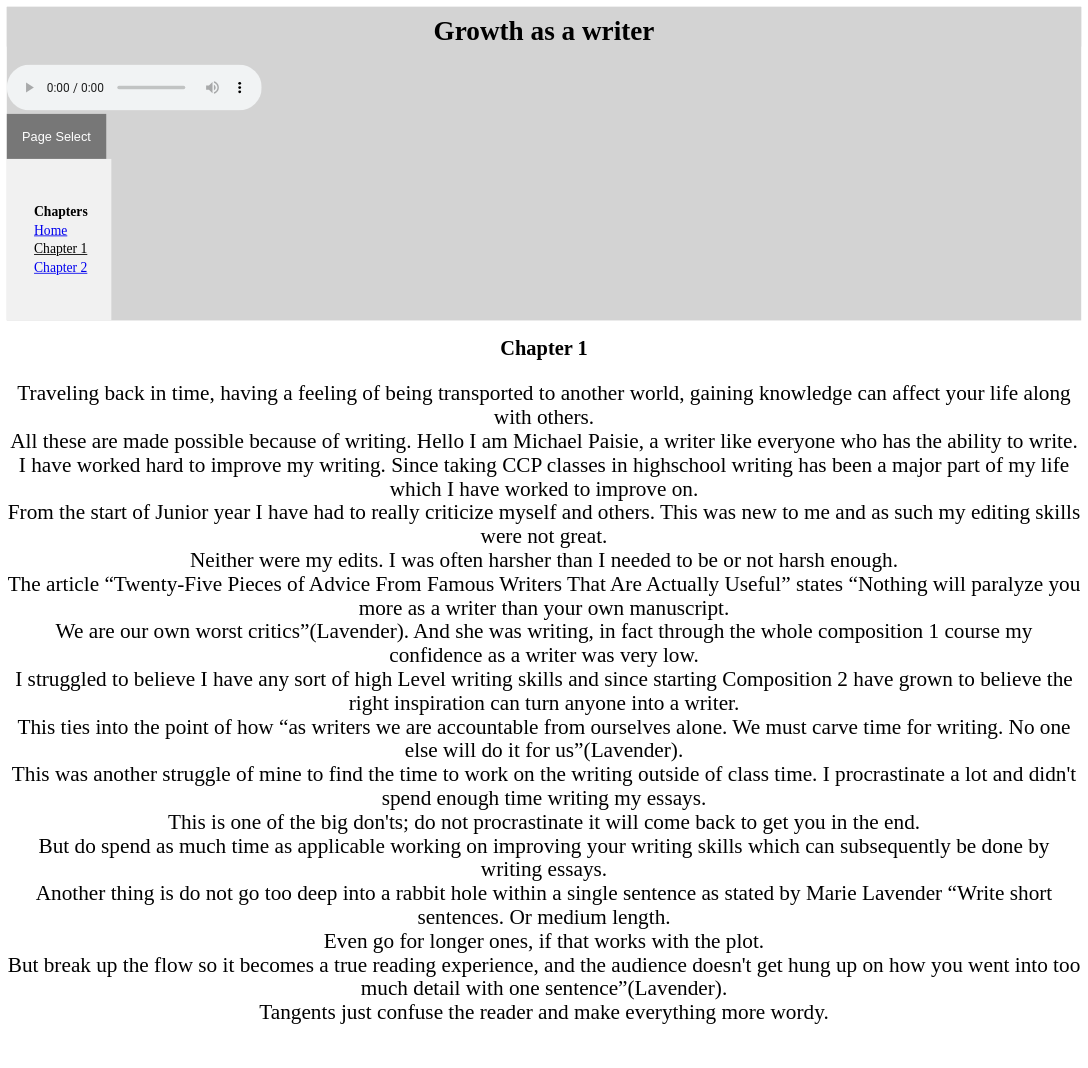
Repository: jpaisiem/WP-4
Page: Chapter1.html
These files come from the project's save history. The page is drawn as it stood at one moment and after the next save; the edit follows.
The browser window is 1280 px wide. The pictures show the whole page, at 85% of full size.

Above is the page before, as saved 2025-05-01 11:36:32.
Console error: TypeError: Cannot read properties of undefined (reading 'toggle')

After the next save:
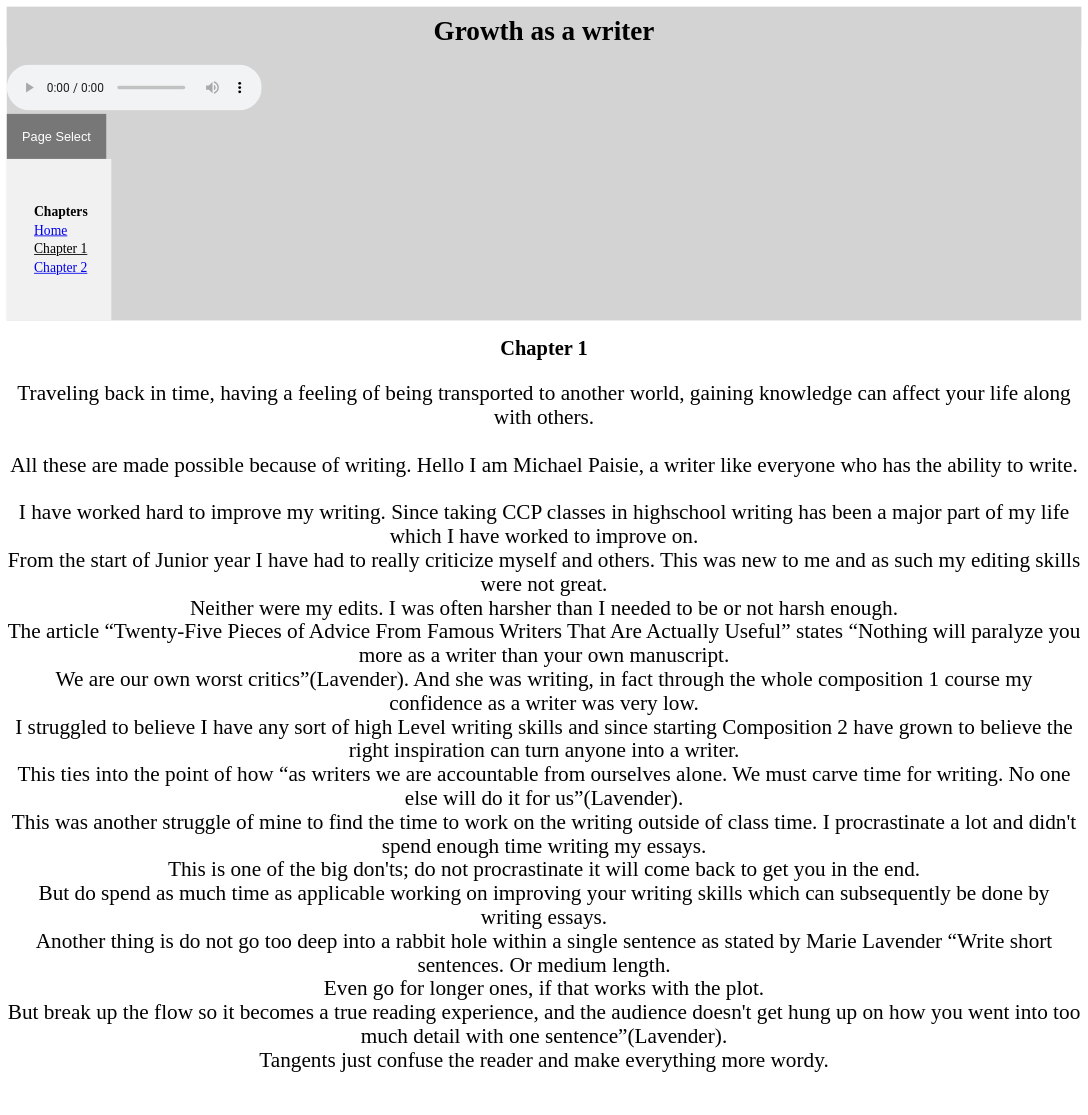
Saved 30 s later.
--- a/Chapter1.html
+++ b/Chapter1.html
@@ -64,8 +64,8 @@ p
     </div>
 <div style="text-align: center;">
      <h2 style="text-align: center;">Chapter 1</h2>
-     <p>Traveling back in time, having a feeling of being transported to another world, gaining knowledge can affect your life along with others. <br>
-      All these are made possible because of writing. Hello I am Michael Paisie, a writer like everyone who has the ability to write. <br>
+     <p>Traveling back in time, having a feeling of being transported to another world, gaining knowledge can affect your life along with others. <br><br>
+      All these are made possible because of writing. Hello I am Michael Paisie, a writer like everyone who has the ability to write. <br><br>
       I have worked hard to improve my writing. Since taking CCP classes in highschool writing has been a major part of my life which I have worked to improve on. <br>
       From the start of Junior year I have had to really criticize myself and others. This was new to me and as such my editing skills were not great. <br>
       Neither were my edits. I was often harsher than I needed to be or not harsh enough. <br>
